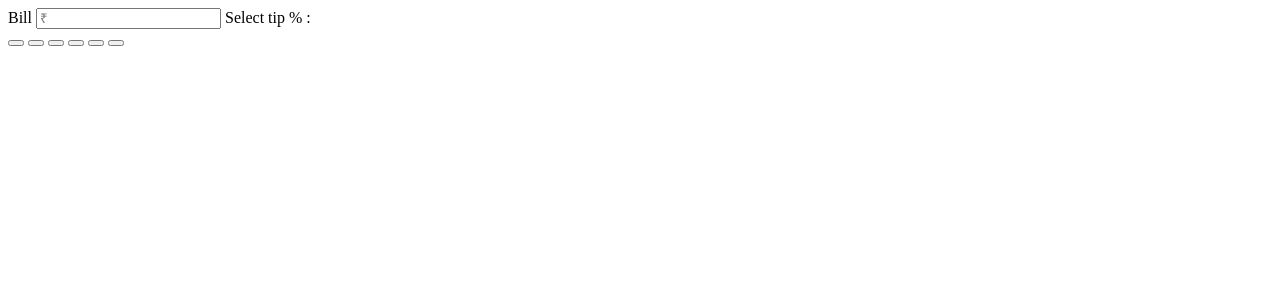
Repository: drumsmanku/micro-project-3
Page: index.html
These files come from the project's save history. The page is drawn as it stood at one moment and after the next save; the edit follows.
The browser window is 1280 px wide. The pictures show the whole page.

Above is the page before, as saved 2023-04-17 13:36:45.

### index.html
<!DOCTYPE html>
<html lang="en">
<head>
  <meta charset="UTF-8">
  <meta http-equiv="X-UA-Compatible" content="IE=edge">
  <meta name="viewport" content="width=device-width, initial-scale=1.0">
  <link rel="stylesheet" href="styles.css">
  <title>Bill Spill</title>
</head>
<body>
  <main>
    <div class="entire-container">
      <div class="left-inside-container">
          <label for="amount">Bill</label>
          <input type="number" name="total" id="total-bill" placeholder="₹" >

          <label for="tip">Select tip % :</label>
          <div class="button-containers">
            <button class="bt-1"></button>
            <button class="bt-2"></button>
            <button class="bt-3"></button>
            <button class="bt-4"></button>
            <button class="bt-5"></button>
            <button class="bt-6"></button>
          </div>

      </div>


      <div class="right-inside-container"></div>
    </div>
  </main>
</body>
</html>

Loaded but not shown: styles.css (no stored copy; drawn as an empty file)

After the next save:
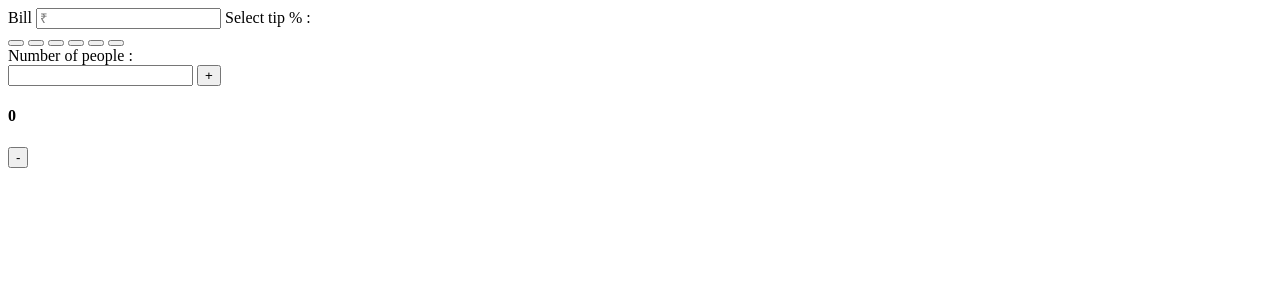
Saved 3 min 23 s later.
--- a/index.html
+++ b/index.html
@@ -24,6 +24,13 @@
             <button class="bt-6"></button>
           </div>
 
+          <label for="people">Number of people : </label>
+          <div class="people-container">
+            <input type="number" name="people" id="people-number">
+            <button id="add-people">+</button>
+            <h4 class="center-text">0</h4>
+            <button id="sub-people">-</button>
+          </div>
       </div>
 
 
